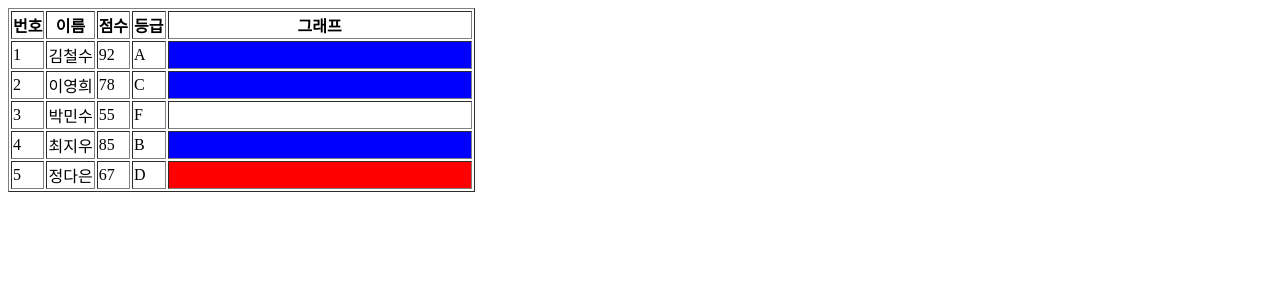
Repository: kkj68106810-dot/jsp2026
Page: http://localhost/chapter01/example_score.jsp
The author's editor kept a copy of each file at every save. The page is drawn from the files as they stood at one save, then again after the next save.
The browser window is 1280 px wide. The pictures show the whole page.
The page is served by Tomcat 9.

Above is the page before, as saved 2026-10-16 05:12:48.

### chapter01/src/main/webapp/example_score.jsp
<%@ page language="java" contentType="text/html; charset=UTF-8"
    pageEncoding="UTF-8" import="java.util.*" %>
<!DOCTYPE html>
<html>
<head>
<meta charset="UTF-8">
<title>Insert title here</title>
<style>
	tr td{

	}
	.score.A{
		width: 100%;
		height: 60%;
		background-color: blue;
	}
	.score.B{
		width: 90%;
		height: 60%;
		background-color: blue;
	}
	.score.C{
		width: 80%;
		height: 60%;
		background-color: blue;
	}
	.score.D{
		width: 70%;
		height: 60%;
		background-color: blue;
	}
	.score.D{
		width: 60%;
		height: 60%;
		background-color: red;
	}
</style>

</head>
<body>
	<%!
		String[] names= {"김철수", "이영희", "박민수", "최지우", "정다은"};
		int[] scores = {92, 78, 55, 85, 67};

		private String getGrade(int score) {
			String resultGrade = "F";
			System.out.println(score);
			for(int i = 0; i < scores.length; i++) {
				if(score >= 90) {
					resultGrade = "A";
				} else if (score >= 80) {
					resultGrade = "B";
				} else if (score >= 70) {
					resultGrade = "C";
				} else if (score >= 60) {
					resultGrade = "D";
				}
			}
			return resultGrade;
		}
	%>
	<table border="1">
		<tr>
			<th>번호</th>
			<th>이름</th>
			<th>점수</th>
			<th>등급</th>
			<th>그래프</th>
		</tr>
		<% for(int j = 0 ; j < names.length; j++) { %>
		<tr>

			<td><%=j+1%></td>
			<td><%=names[j]%></td>
			<td><%=scores[j]%></td>
			<td><%=getGrade(scores[j]) %></td>
			<td style="width:300px" class="score <%=getGrade(scores[j])%> ">


			</td>

		</tr>
		<% } %>

	</table>
</body>
</html>

After the next save:
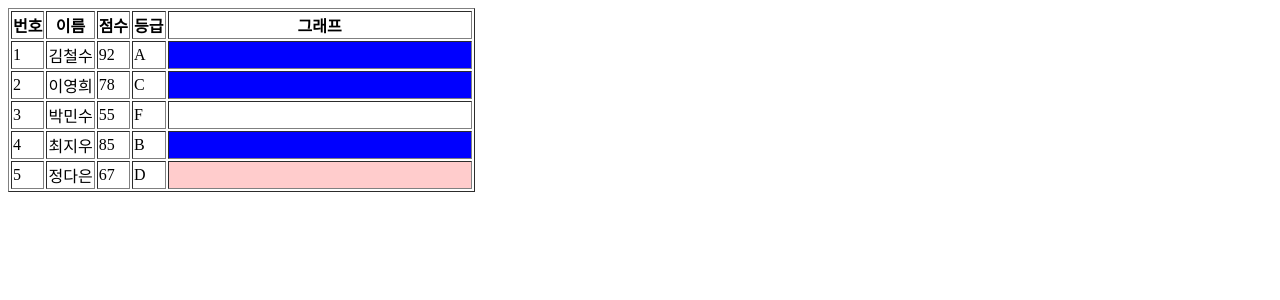
Saved 13 s later.
--- a/chapter01/src/main/webapp/example_score.jsp
+++ b/chapter01/src/main/webapp/example_score.jsp
@@ -32,7 +32,7 @@
 	.score.D{
 		width: 60%;
 		height: 60%;
-		background-color: red;
+		background-color: #ffcccc;
 	}
 </style>
 
